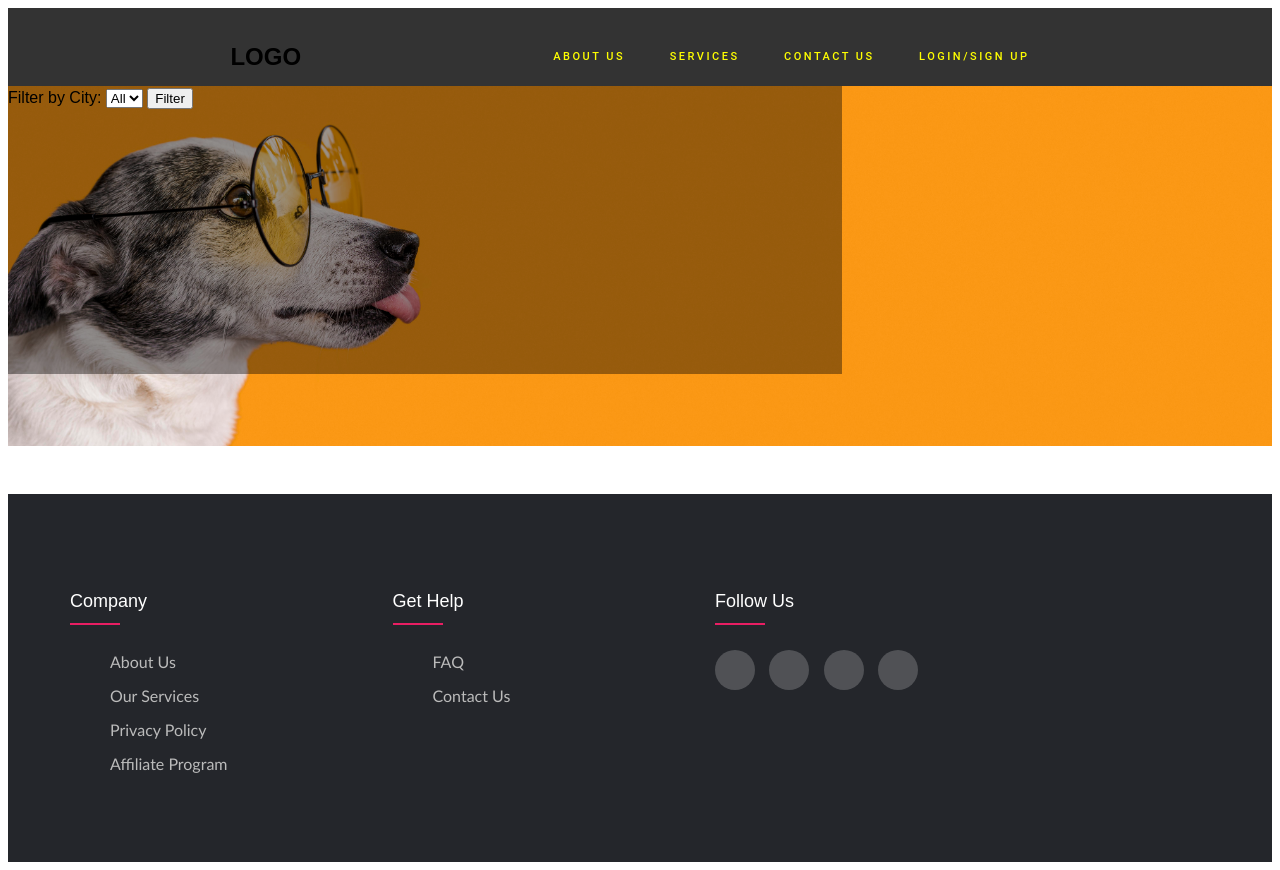
Repository: RishuGudigar/pawtakers
Page: templates/home.html
These files come from the project's save history. The page is drawn as it stood at one moment and after the next save; the edit follows.
The browser window is 1280 px wide. The pictures show the whole page.
The page is served by the project's application, run on Django 4.2 (manage.py). The template is opened directly, without the code that normally fills it, so the values that code supplies are empty.

Above is the page before, as saved 2023-05-22 08:26:52.

After the next save:
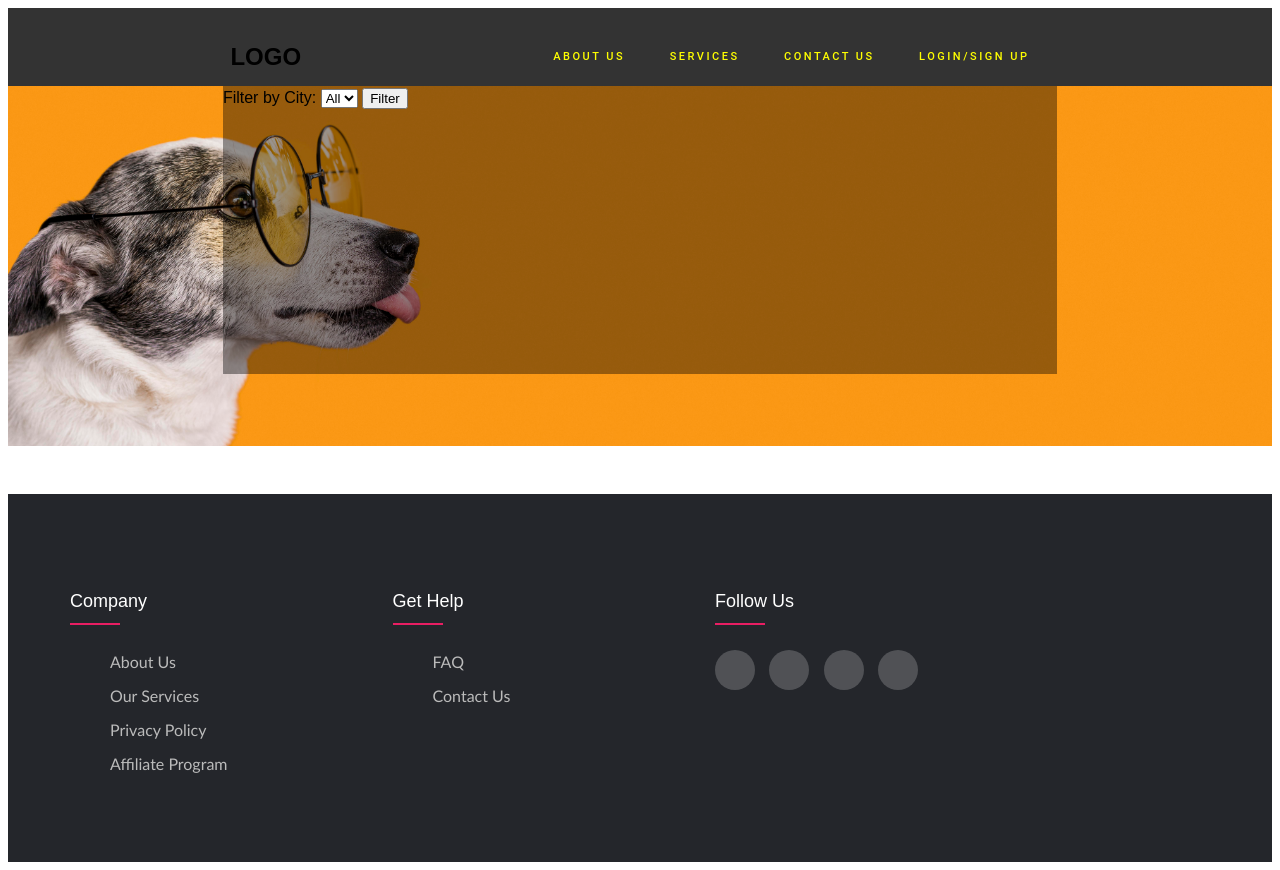
Saved 14 s later.
--- a/pawtakers/templates/home.html
+++ b/pawtakers/templates/home.html
@@ -203,7 +203,7 @@
         width:66%;
         height:80%;
         background-color:rgba(0,0,0,0.4);
-        }
+        margin:auto;    }
 
 </style>
 <div class="nav-bar">
